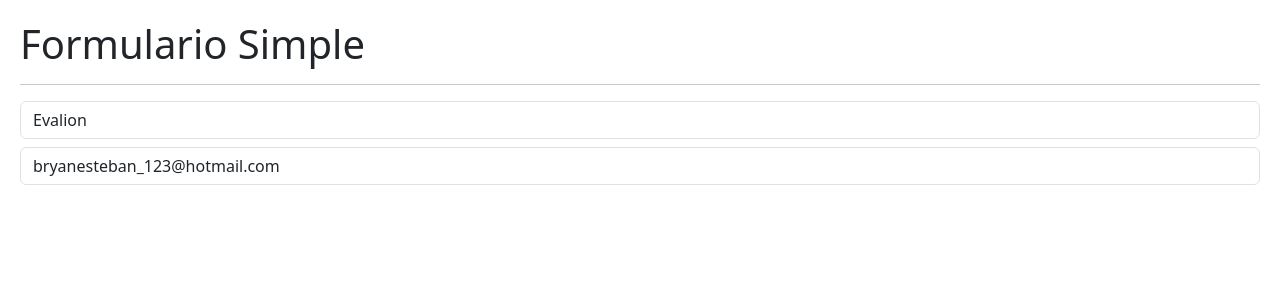
Repository: bryanesteban/hooks-App
Page: /
These files come from the project's save history. The page is drawn as it stood at one moment and after the next save; the edit follows.
The browser window is 1280 px wide. The pictures show the whole page.
The project was rebuilt for these pictures with package versions that can differ from the ones it lists, and the page was loaded fresh each time. Also part of the build but not shown: vite.config.js.

Above is the page before, as saved 2024-06-28 23:15:53.

After the next save:
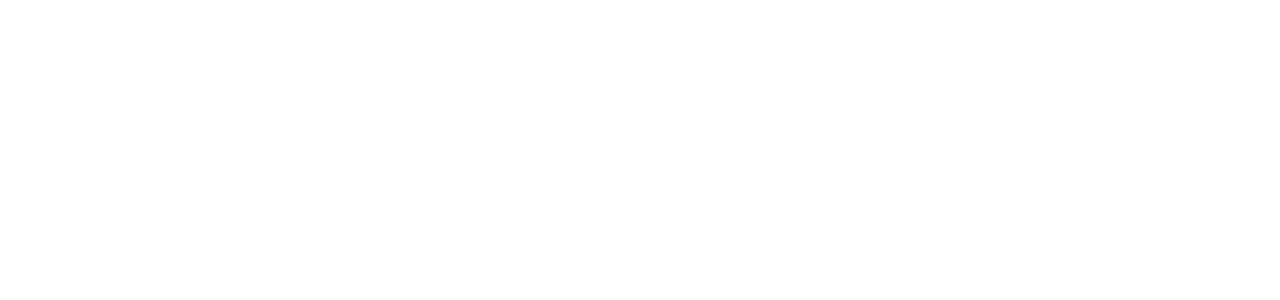
Console error: ReferenceError: FormWithCustomHook is not defined
Saved 22 s later.
--- a/src/main.jsx
+++ b/src/main.jsx
@@ -8,6 +8,6 @@
 
 ReactDOM.createRoot(document.getElementById('root')).render(
   <React.StrictMode>
-    <SimpleForm />
+    <FormWithCustomHook />
   </React.StrictMode>
 )

After the save that followed:
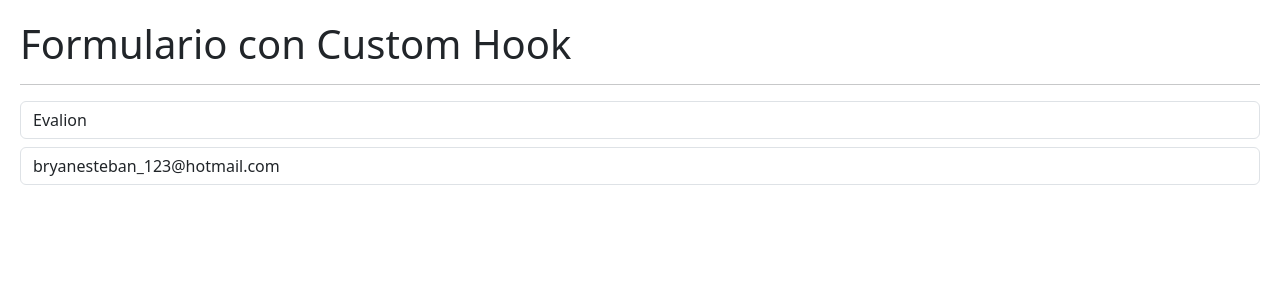
The error is gone.
Saved 27 s later.
--- a/src/main.jsx
+++ b/src/main.jsx
@@ -5,6 +5,7 @@
 import { CounterApp } from './01-useState/CounterApp'
 import { CounterWithCustomHook } from './01-useState/CounterWithCustomHook'
 import { SimpleForm } from './02-useEffect/SimpleForm'
+import { FormWithCustomHook } from './02-useEffect/FormWithCustomHook'
 
 ReactDOM.createRoot(document.getElementById('root')).render(
   <React.StrictMode>
